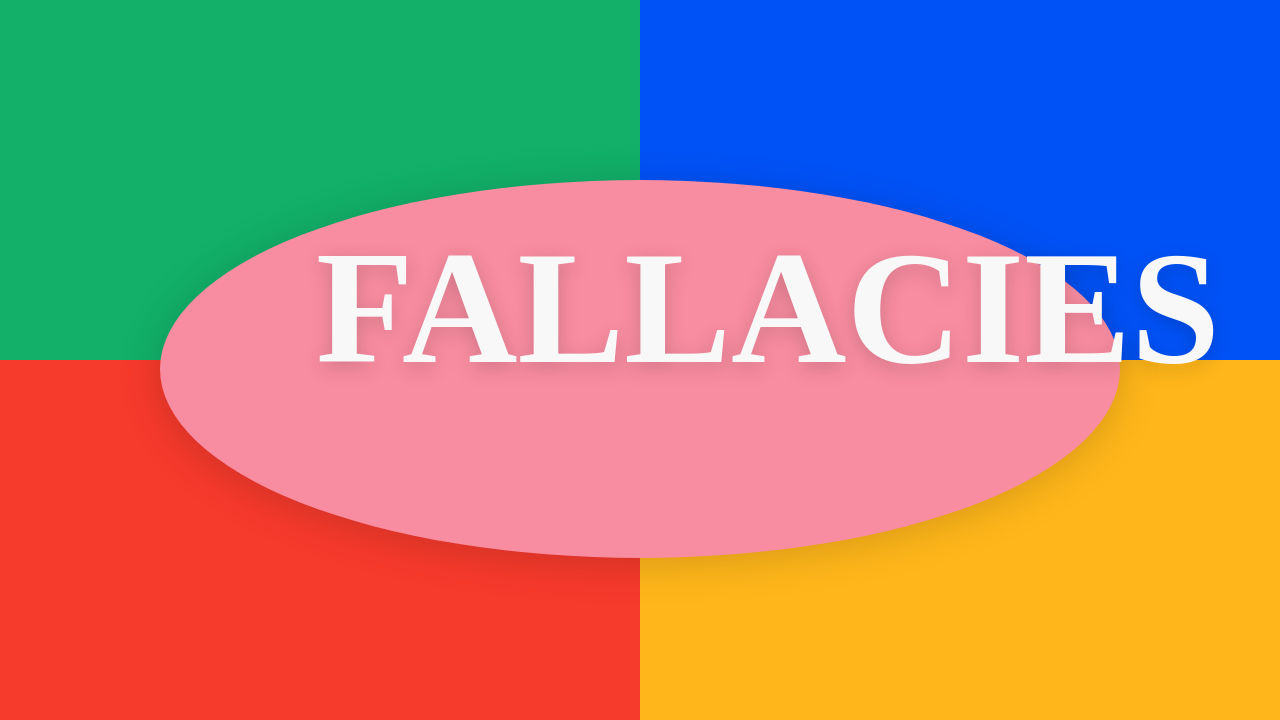
Repository: yafugray/fallacies
Page: project/Midterm project/index.html
The author's editor kept a copy of each file at every save. The page is drawn from the files as they stood at one save, then again after the next save.
The browser window is 1280 px wide. The pictures show the whole page.

Above is the page before, as saved 2020-03-12 15:39:04.

After the next save:
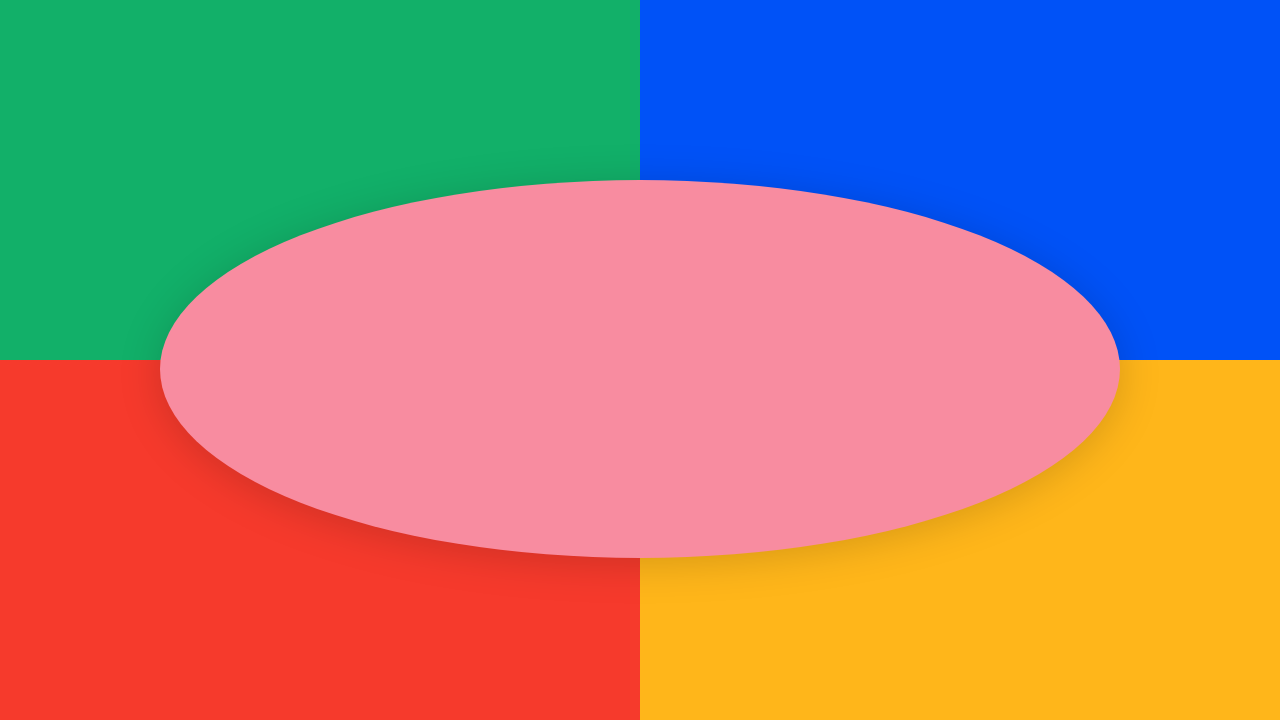
Saved 34 s later.
--- a/project/Midterm project/app.css
+++ b/project/Midterm project/app.css
@@ -88,7 +88,7 @@
 }
 
 #fallacies {
-    filter: drop-shadow(0px 5px 10px rgba(0, 0, 0, 0.161));
+    /* filter: drop-shadow(0px 5px 10px rgba(0, 0, 0, 0.161));
     font-family: TitlingGothicFB Narrow;
     font-style: normal;
     font-weight: bold;
@@ -99,4 +99,4 @@
     left: 50%;
     top: 50%;
     transform: translate( -50%, -50% );
-}
+} */
